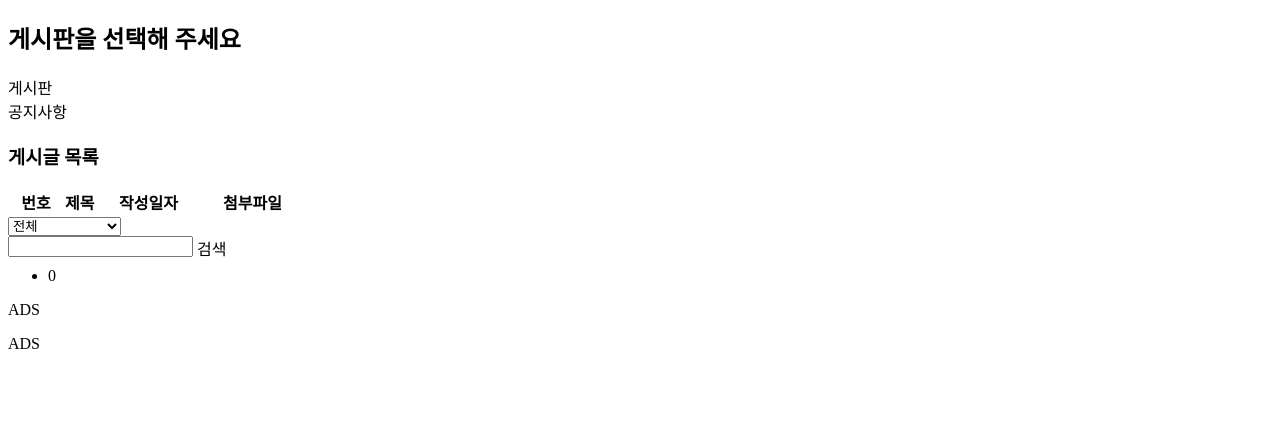
Repository: letzbegin/Study
Page: http://localhost/portfolio/WEB-INF/views/board/list.jsp
These files come from the project's save history. The page is drawn as it stood at one moment and after the next save; the edit follows.
The browser window is 1280 px wide. The pictures show the whole page.
The page is served by Tomcat 9. Nobody is signed in. The template is opened directly, without the code that normally fills it, so the values that code supplies are empty.

Above is the page before, as saved 2018-10-15 04:47:32.

After the next save:
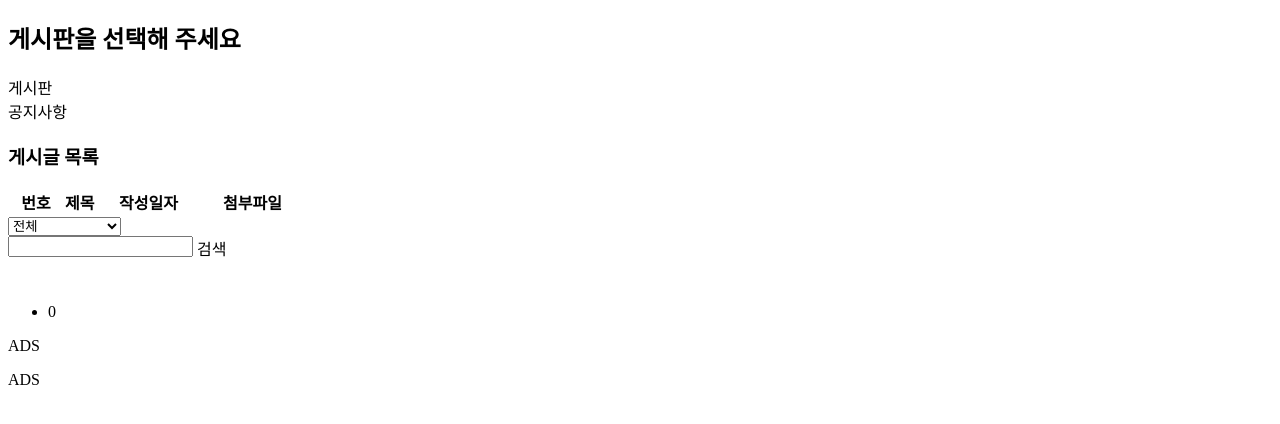
Saved 9 s later.
--- a/pol/portfolio/src/main/webapp/WEB-INF/views/board/list.jsp
+++ b/pol/portfolio/src/main/webapp/WEB-INF/views/board/list.jsp
@@ -6,6 +6,13 @@
 <head>
 <meta http-equiv="Content-Type" content="text/html; charset=UTF-8">
 <title>Insert title here</title>
+<style type="text/css">
+#list-top {
+	width: 70%;
+	padding-left: 15%;
+	padding-bottom: 20px;
+}
+</style>
 </head>
 <body>
 	<div class="container-fluid text-center">

After the save that followed:
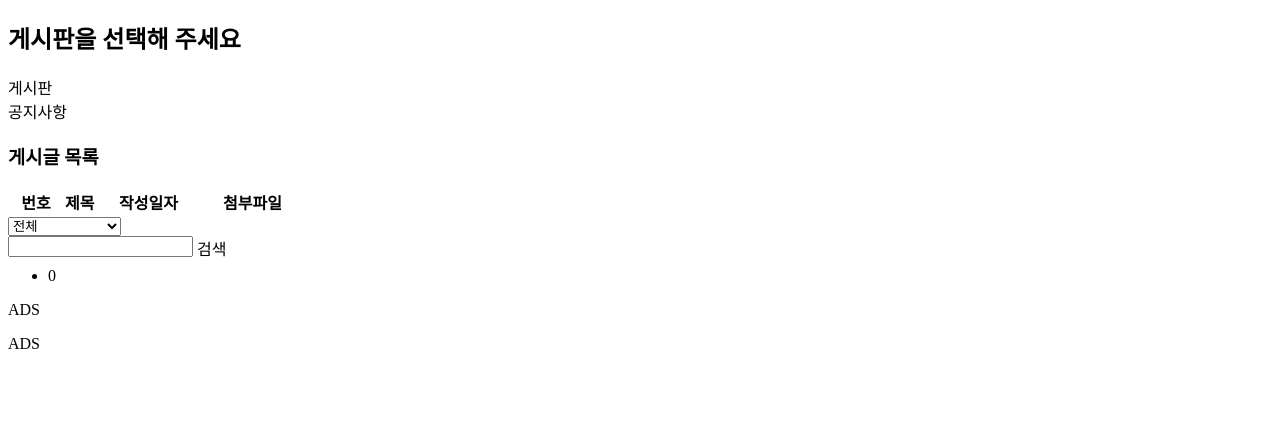
Saved 12 s later.
--- a/pol/portfolio/src/main/webapp/WEB-INF/views/board/list.jsp
+++ b/pol/portfolio/src/main/webapp/WEB-INF/views/board/list.jsp
@@ -8,9 +8,9 @@
 <title>Insert title here</title>
 <style type="text/css">
 #list-top {
-	width: 70%;
-	padding-left: 15%;
-	padding-bottom: 20px;
+/* 	width: 70%; */
+/* 	padding-left: 15%; */
+/* 	padding-bottom: 20px; */
 }
 </style>
 </head>
